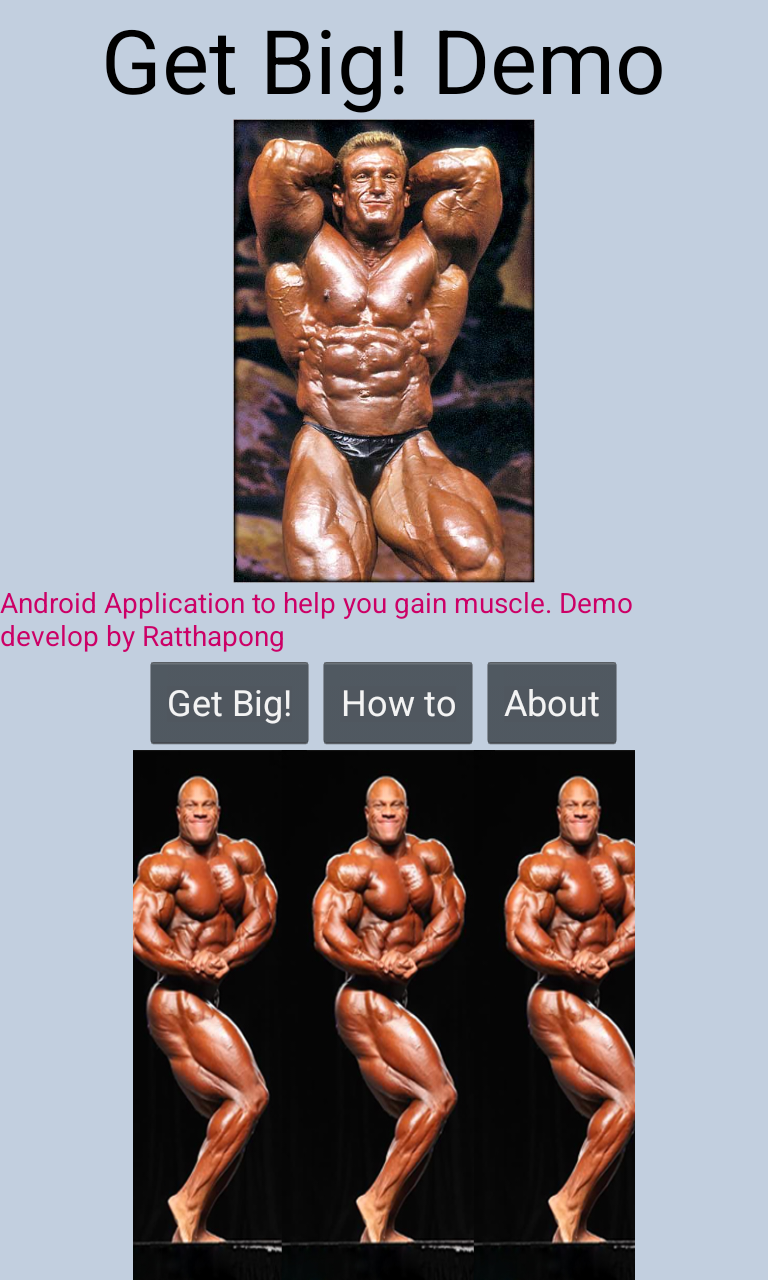
Repository: parinya1968/My-project
Layout: DroidWork/getBig/res/layout/main.xml
The author's editor kept a copy of each file at every save. The layout is drawn from the files as they stood at one save, then again after the next save.
It is drawn on a 768 x 1280 px phone screen (xhdpi) without system bars, with theme android:Theme.Holo; the app's code is not run.

Above is the layout before, as saved 2012-06-19 13:09:08.

### DroidWork/getBig/res/layout/main.xml
<?xml version="1.0" encoding="utf-8"?>
<LinearLayout xmlns:android="http://schemas.android.com/apk/res/android"
    android:layout_width="fill_parent"
    android:layout_height="fill_parent"
    android:background="#C2CFDF"
    android:orientation="vertical" >

    <TextView
        android:layout_width="wrap_content"
        android:layout_height="wrap_content"
        android:layout_gravity="center_horizontal"
        android:text="Get Big! Demo"
        android:textColor="#000000"
        android:textSize="20pt" />


    <LinearLayout
        android:layout_width="151dp"
        android:layout_height="232dp"
        android:layout_gravity="center"
        android:background="@drawable/dorian"
        android:orientation="vertical" >

    </LinearLayout>

    <TextView
        android:id="@+id/textView1"
        android:layout_width="345dp"
        android:layout_height="wrap_content"
        android:text="Android Application to help you gain muscle. Demo develop by Ratthapong"
        android:textColor="#CC0066" />

    <LinearLayout
        android:layout_width="wrap_content"
        android:layout_height="wrap_content"
        android:layout_gravity="center" >

        <Button
            android:id="@+id/getBig"
            android:layout_width="wrap_content"
            android:layout_height="wrap_content"
            android:layout_gravity="center"
            android:text="Get Big!" />

        <Button
            android:id="@+id/howTo"
            android:layout_width="wrap_content"
            android:layout_height="wrap_content"
            android:text="How to" />

        <Button
            android:id="@+id/about"
            android:layout_width="wrap_content"
            android:layout_height="wrap_content"
            android:text="About" />
    </LinearLayout>






    <LinearLayout
        android:layout_width="251dp"
        android:layout_height="wrap_content"
        android:layout_gravity="center"
        android:background="@drawable/footpics"
        android:orientation="vertical" >

    </LinearLayout>

</LinearLayout>

After the next save:
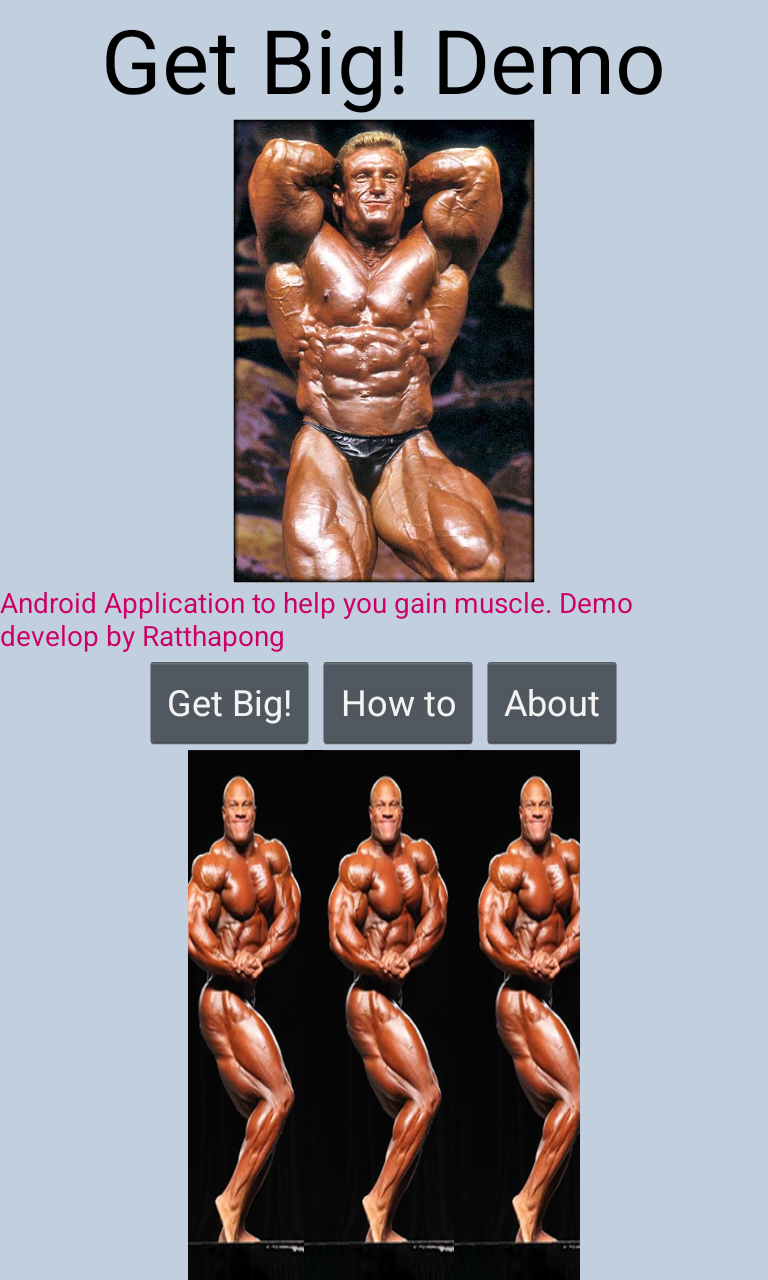
Saved 5 min 33 s later.
--- a/DroidWork/getBig/res/layout/main.xml
+++ b/DroidWork/getBig/res/layout/main.xml
@@ -60,8 +60,9 @@
 
 
 
+
     <LinearLayout
-        android:layout_width="251dp"
+        android:layout_width="196dp"
         android:layout_height="wrap_content"
         android:layout_gravity="center"
         android:background="@drawable/footpics"
